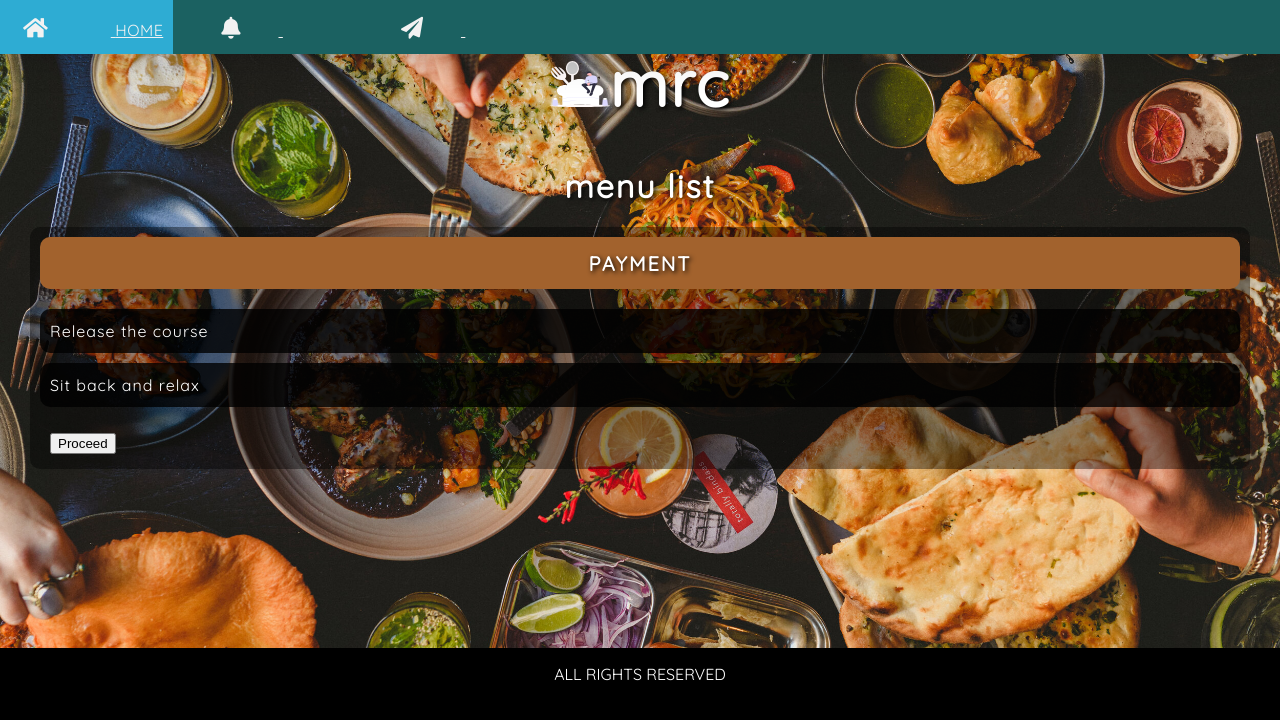
Repository: Anasooya2601/drag-and-drop
Page: home.html
These files come from the project's save history. The page is drawn as it stood at one moment and after the next save; the edit follows.
The browser window is 1280 px wide. The pictures show the whole page.
Some web libraries are served in a nearby version.

Above is the page before, as saved 2021-02-15 23:35:14.
Console error: TypeError: Cannot set properties of null (setting 'textContent')

After the next save:
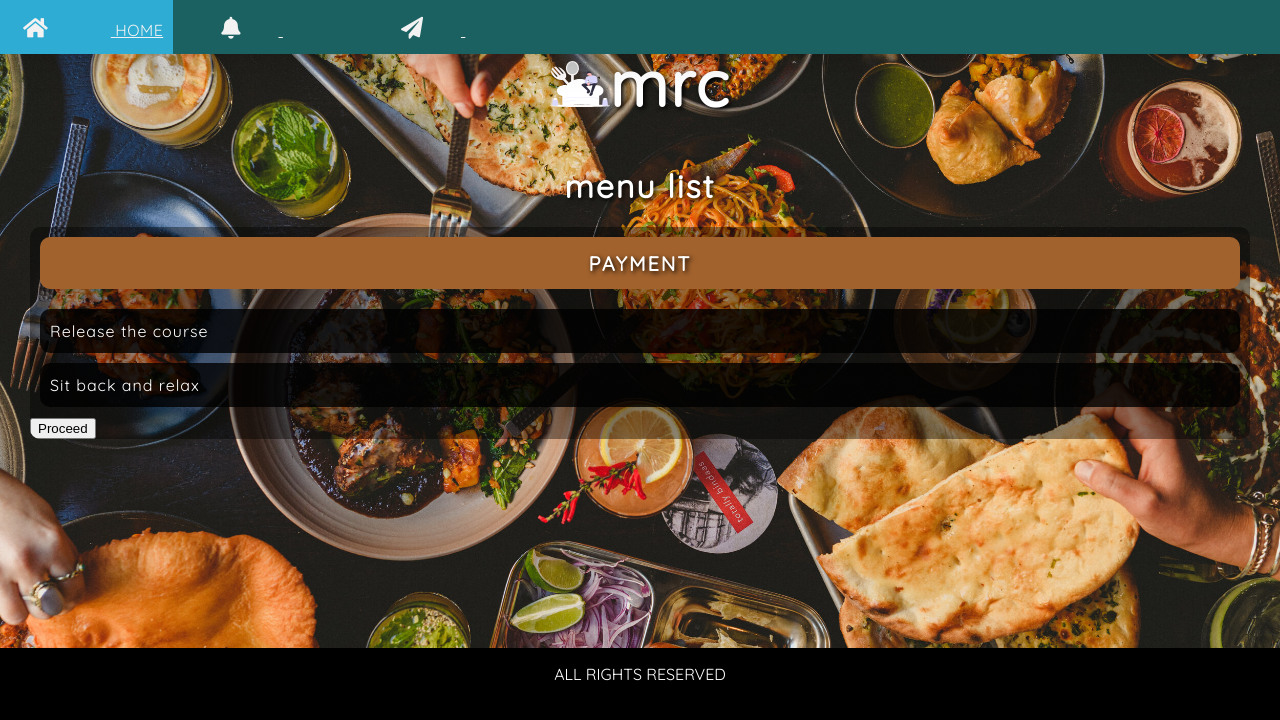
Saved 8 s later.
--- a/home.html
+++ b/home.html
@@ -54,7 +54,7 @@
                     <span class="plus-sign">+</span>
                     <span>Add Item</span>
                 </div> -->
-                <div class="add-btn" onclick="showInputBox(1)">
+                <div c onclick="showInputBox(1)">
 
                     <a href="payment.html"><button type="button">Proceed</button></a>
                 </div>

After the 2 saves that followed:
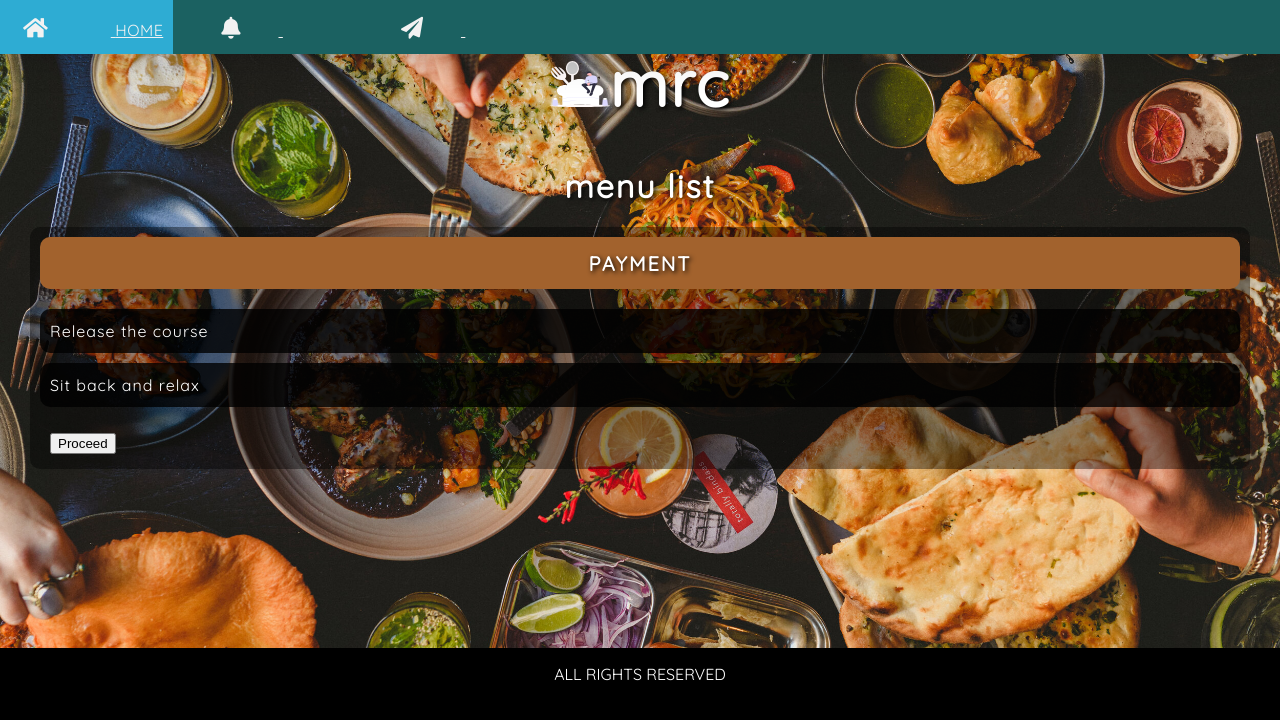
The 2 saves are shown as one change because 1 left the picture as it was.
The last was saved 43 s later.
--- a/home.html
+++ b/home.html
@@ -50,11 +50,9 @@
                 <ul class="drag-item-list" id="backlog-list" ondrop="drop(event)" ondragover="allowDrop(event)" ondragenter="dragEnter(0)"></ul>
             </div>
             <div class="add-btn-group">
-                <!-- <div class="add-btn" onclick="showInputBox(1)">
-                    <span class="plus-sign">+</span>
-                    <span>Add Item</span>
-                </div> -->
-                <div c onclick="showInputBox(1)">
+                 <div class="add-btn" onclick="showInputBox(1)">
+
+                <div  onclick="showInputBox(1)">
 
                     <a href="payment.html"><button type="button">Proceed</button></a>
                 </div>
